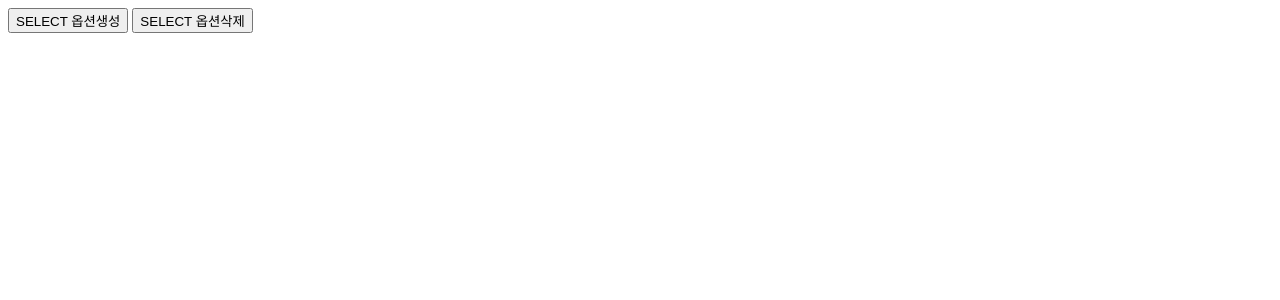
Repository: Migorithm/front_work
Page: front05_JQuery/src/main/webapp/4_form/jq03_select_each.html
An editor plug-in stored every save of this project. The page is shown before and after the next save, followed by the edit.
The browser window is 1280 px wide. The pictures show the whole page.
After loading, the first visible `#deleteOptionBtn` was clicked once.

Above is the page before, as saved 2021-09-07 01:33:32.

### front05_JQuery/src/main/webapp/4_form/jq03_select_each.html
<!DOCTYPE html>
<html>
<head>
<meta charset="UTF-8">
<title>Insert title here</title>
<style type="text/css"></style>
</head>

<script src="https://ajax.googleapis.com/ajax/libs/jquery/3.6.0/jquery.min.js"></script>
<script>
	$(function(){
		// 1.버튼 클릭하면 함수호출...
		$("#addOptionBtn").on('click',function(){

			var arr=['아이유','이무진','박나래','기안84'];

			//2. each() 함수 사용해서 option만들고 이것을 select폼에 붙인다.
			$.each(arr,function(index,item){
				var opt= "<option value=" + item+">"+item + "</option>"
				$("#friends").append(opt)
			})


		})

		$("#deleteOptionBtn").click(function(){
			$("#friends").remove();
		})
		});
</script>


<body>
<input type="button" value="SELECT 옵션생성" id="addOptionBtn"><!-- 버튼 누르면 옵션 생성되도록  -->
<input type="button" value="SELECT 옵션삭제" id="deleteOptionBtn">
	<select id="friends" size="4">

	</select>
</body>
</html>

After the next save:
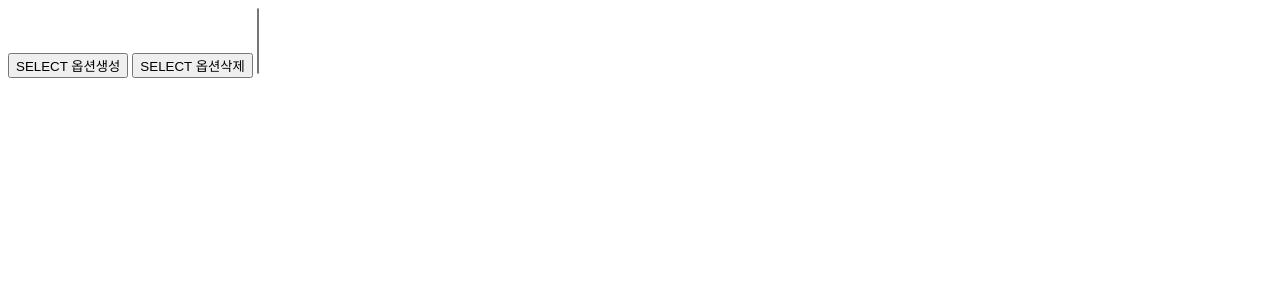
Saved 22 s later.
--- a/front05_JQuery/src/main/webapp/4_form/jq03_select_each.html
+++ b/front05_JQuery/src/main/webapp/4_form/jq03_select_each.html
@@ -24,7 +24,7 @@
 		})
 
 		$("#deleteOptionBtn").click(function(){
-			$("#friends").remove();
+			$("#friends>option").remove();
 		})
 		});
 </script>
